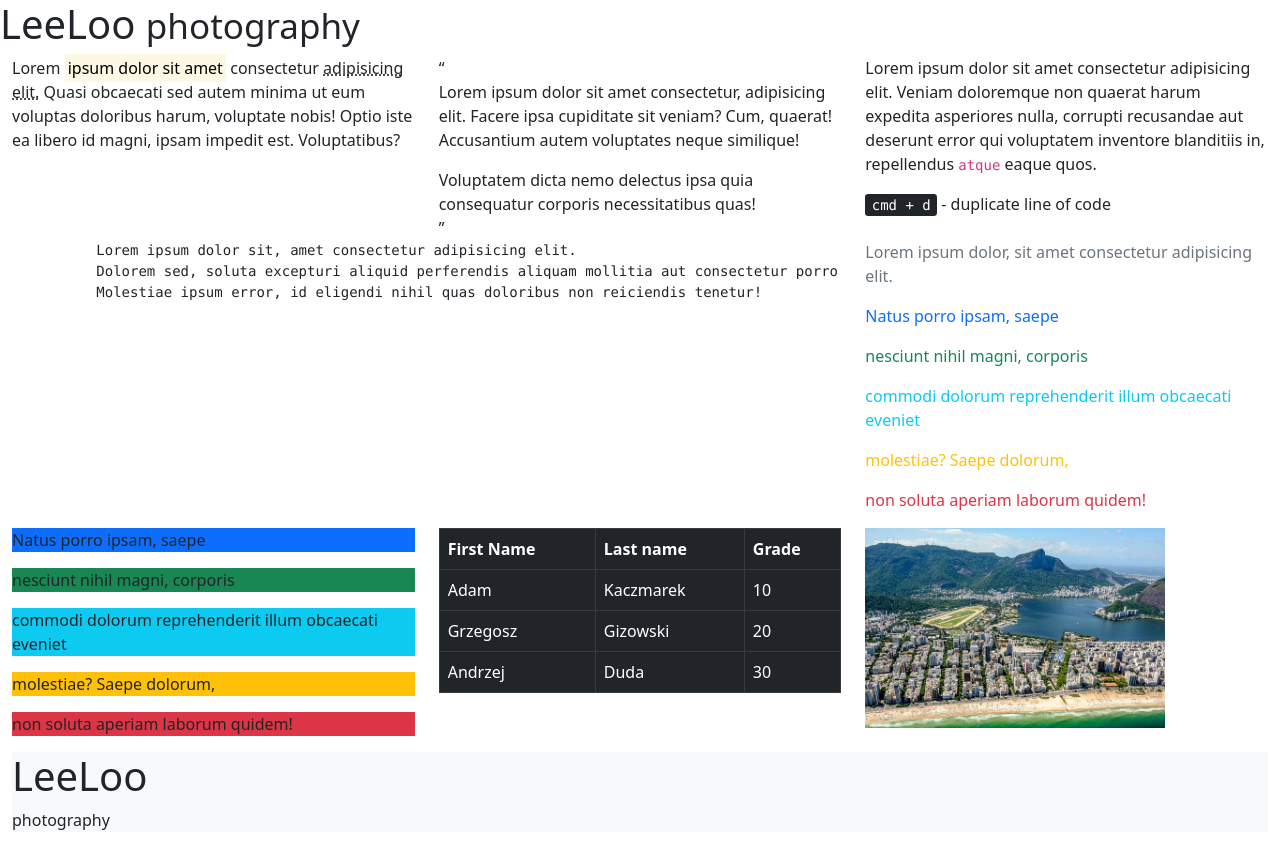
Repository: Zyzik-33/bootstrap-test
Page: index.html
The author's editor kept a copy of each file at every save. The page is drawn from the files as they stood at one save, then again after the next save.
The browser window is 1280 px wide. The pictures show the whole page.

Above is the page before, as saved 2021-01-27 16:47:23.

After the next save:
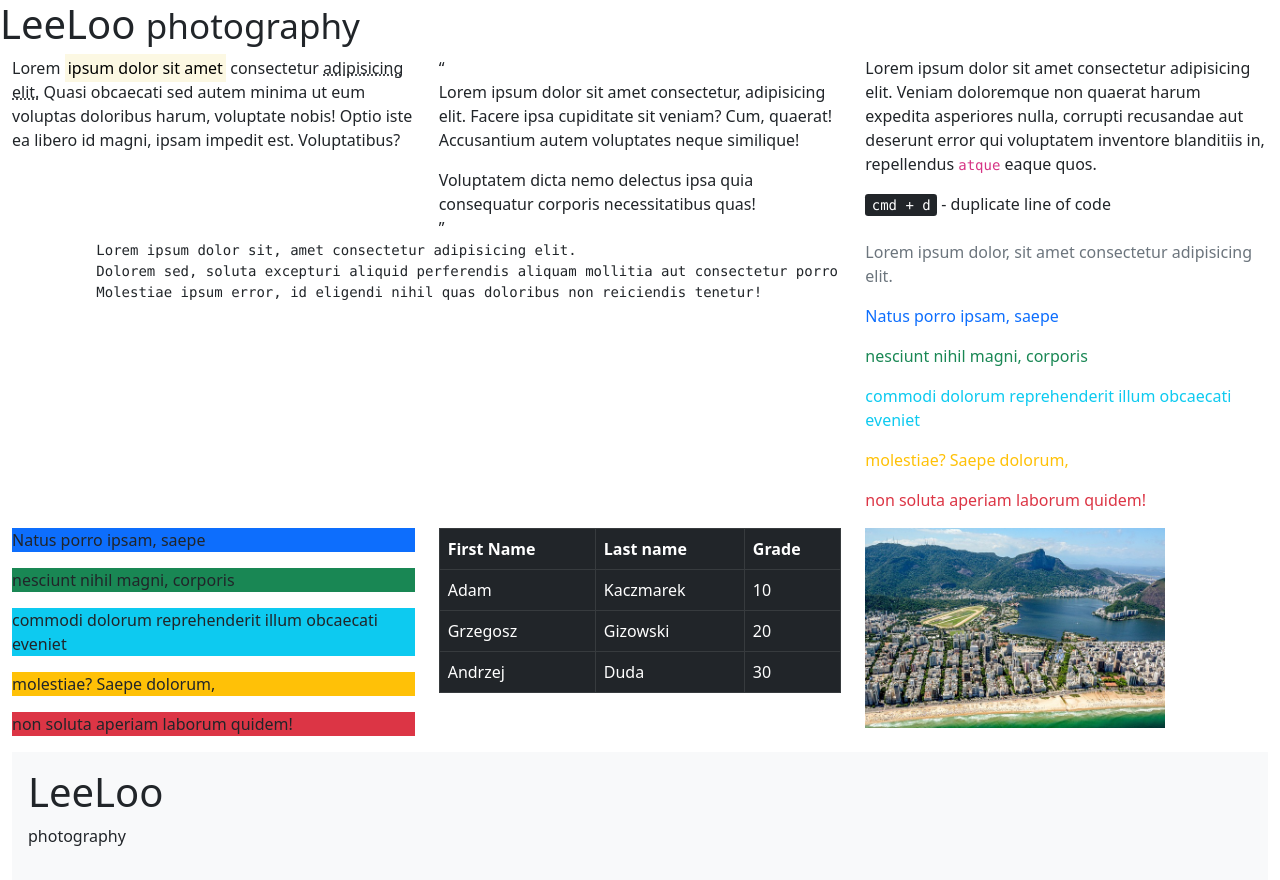
Saved 88 s later.
--- a/index.html
+++ b/index.html
@@ -97,7 +97,7 @@
     </div>
     <div class="row">
       <div class="col-lg-12">
-        <div class="bg-light p-10rem">
+        <div class="bg-light p-3">
           <h1>LeeLoo</h1>
           <p>photography</p>
         </div>
